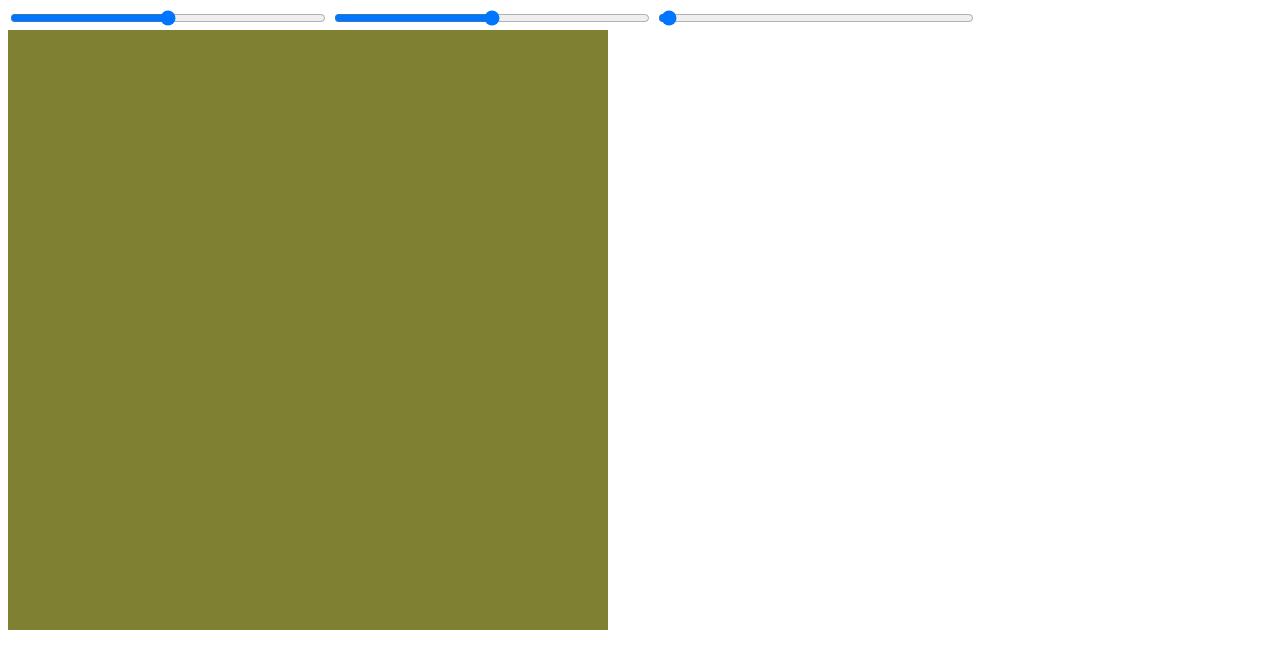
Repository: JoinGame-A36664/Build-House-WebGL
Page: index.html
These files come from the project's save history. The page is drawn as it stood at one moment and after the next save; the edit follows.
The browser window is 1280 px wide. The pictures show the whole page.

Above is the page before, as saved 2021-10-24 23:22:15.
Console error: ReferenceError: program is not defined

After the next save:
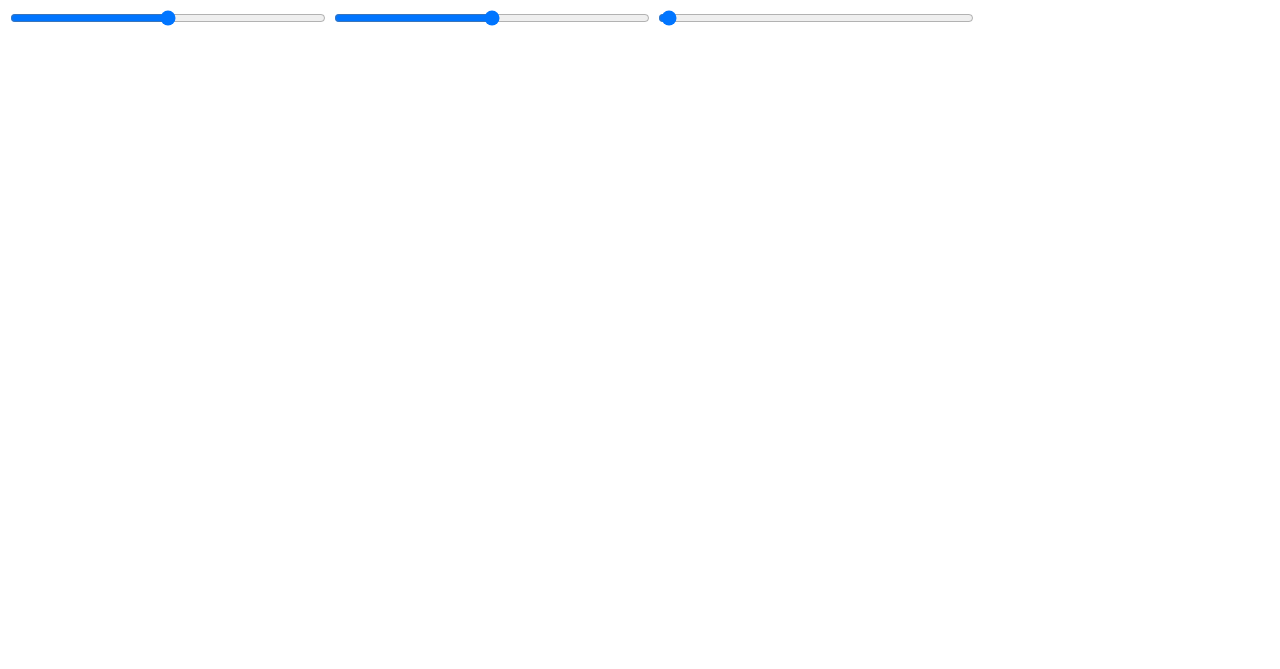
Console error: SyntaxError: Unexpected token '{'
Saved 32 s later.
--- a/Bietthu1.js
+++ b/Bietthu1.js
@@ -6,7 +6,7 @@
 var theta = [0, 0, 0];
 var uTheta;
 var temp = 0;
-window.onload = function (event) {
+window.onload = function init {
           canvas = document.getElementById("gl-canvas");
 
           gl = canvas.getContext('webgl2');

After the save that followed:
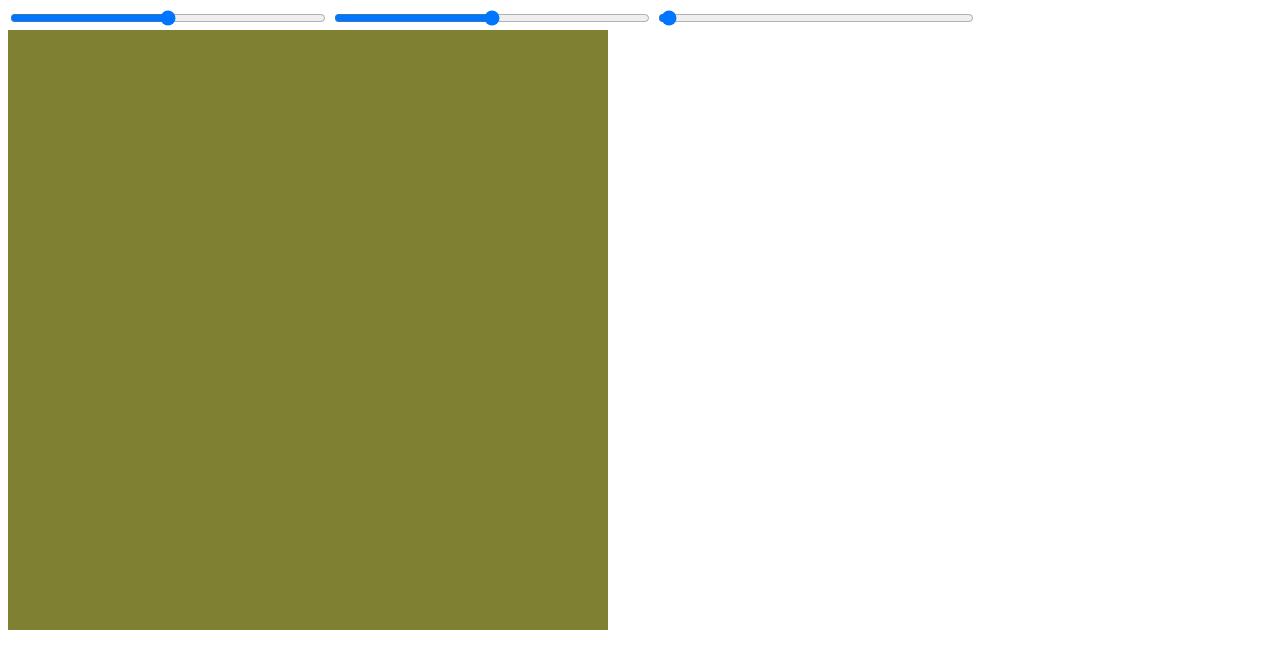
Console error: ReferenceError: program is not defined
Saved 4 s later.
--- a/Bietthu1.js
+++ b/Bietthu1.js
@@ -6,7 +6,7 @@
 var theta = [0, 0, 0];
 var uTheta;
 var temp = 0;
-window.onload = function init {
+window.onload = function init() {
           canvas = document.getElementById("gl-canvas");
 
           gl = canvas.getContext('webgl2');
